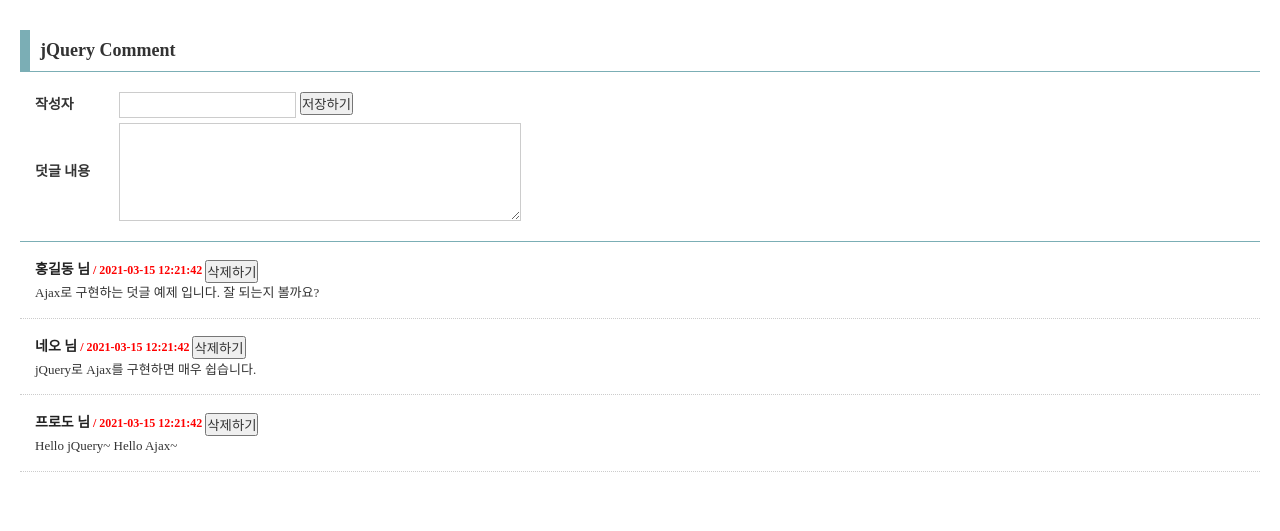
Repository: rwanda95do/bitcamp
Page: JQueryAjax/src/main/webapp/02_xml/exam05.html
An editor plug-in stored every save of this project. The page is shown before and after the next save, followed by the edit.
The browser window is 1280 px wide. The pictures show the whole page.

Above is the page before, as saved 2024-08-28 07:23:19.

### JQueryAjax/src/main/webapp/02_xml/exam05.html
<!DOCTYPE html>
<html>
<head>
<meta charset="UTF-8">
<title>Insert title here</title>
<style type="text/css">
* {
 padding: 0;
 margin: 0;
 color: #333;
}

ul {
   list-style: none;
}

#container {
   padding: 30px 20px;
}

h1 {
   font-size: large;
   border-left: 10px solid #7BAEB5;
   border-bottom: 1px solid #7BAEB5;
   padding: 10px;
   width: auto;
}

#comment_write {
   padding: 20px 15px;
   border-bottom: 1px solid #7BAEB5;
}

#comment_write label {
   display: inline-block;
   width: 80px;
   font-size: 14px;
   font-weight: bold;
   margin-bottom: 10px;
}

#comment_write input[type='text'], #comment_write textarea {
   border: 1px solid #ccc;
   vertical-align: middle;
   padding: 3px 10px;
   font-size: 12px;
   line-height: 150%;
}

#comment_write textarea {
   width: 380px;
   height: 90px
}

.comment_item {
   font-size: 13px;
   color: #333;
   padding: 15px;
   border-bottom: 1px dotted #ccc;
   line-height: 150%;
}

.comment_item .writer {
   color: #555;
   line-height: 200%;
}

.comment_item .writer input {
   vertical-align: middle;
}

.comment_item .writer .name {
   color: #222;
   font-weight: bold;
   font-size: 14px;
}

#idDiv, span {
	color: red;
	font-size: 9pt;
	font-weight: bold;
	padding: 10px 0 ;

}

</style>
</head>

<body>
	<div id="container">
		<h1>jQuery Comment</h1>
			<div id="comment_write">
				<form id="comment_form">
					<input type="hidden" name="num" value="">
					<input type="hidden" name="datetime" value="">
					<div>
						<label for="writer">작성자</label>
						<input type="text" name="writer" id="writer" />
						<input type="submit" value="저장하기" />
						<div id="writeDiv"></div>
					</div>

					<div>
						<label for="content">덧글 내용</label>
						<textarea name="content" id="content"></textarea>
						<div id="contentDiv"></div>
					</div>
				</form>
			</div>
		<!-- 동적 요소 -->
		<ul id="comment_list"></ul>
	</div>
</body>

<script type="text/javascript" src="http://code.jquery.com/jquery-3.7.1.min.js"></script>
<script type="text/javascript">
function addItem(num, writer, content, datetime) {
	// <li date-nem="" class="comment_item"></li>
	var new_li = $('<li/>');
	new_li.attr('date-num', num);
	new_li.addClass('comment_item')

	// <p class="writer"></p>
	var writer_p = $('<p/>');
	writer_p.addClass('writer');

	var name_span = $('<span/>');
	name_span.addClass('name')
	name_span.html(writer + '님')

	var date_span = $('<span/>');
	date_span.html(' / ' + datetime + ' ')

	var del_input = $('<input/>');
	del_input.attr({
		'type': 'button',
		'value': '삭제하기'
	});
	del_input.addClass('delete_btn');

	var content_p = $('<p/>');
	content_p.html(content);

	writer_p.append(name_span).append(date_span).append(del_input);
	new_li.append(writer_p).append(content_p);
	$('#comment_list').append(new_li);


}

function getToday() {
	var date = new Date();

	var yy = date.getFullYear();
	var mm = date.getMonth()+1;
	var dd = date.getDate();

	var hh = date.getHours();
	var mi = date.getMinutes();
	var ss = date.getSeconds();

	// 날짜 형식 통일
	if(mm<10){ mm = '0' + mm; }
	if(dd<10){ dd = '0' + dd; }
	if(hh<10){ hh = '0' + hh; }
	if(mi<10){ mi = '0' + mi; }
	if(ss<10){ ss = '0' + ss; }

	var today = yy + '-' + mm + '-' + dd + ' ' + hh + ':' + mi + ': ' +ss;

	return today;


}
</script>
<script type="text/javascript">
$(function() {
	let num = 3;

	// 목록
	// {}빈손으로와서 data들을 잔뜩 들고간다
	$.get('../comment/comment_list.xml', {}, function (data){

		$(data).find('item').each(function() {
			let num = $(this).find('num').text();
			let writer = $(this).find('writer').text();
			let content = $(this).find('content').text();
			let datetime = $(this).find('datetime').text();

			addItem(num, writer, content, datetime);
		});

	}).fail(function() {
		alert('실패다!!!!!!!!!!!!!!!!!!!!!!!!!!!!!!!!!!!!!!!!!!!!!!!!!!!!');
	});

	// 저장
	$('#comment_form').submit(function() {

		if(!$('#writer').val()){
			$('#writerDiv').text('작성자입력');
			$('#writer').focus();
			return false;
		}

		return false;
	});
	// 삭제
});




</script>
</html>




<!--
data-*
data- 로 시작하는 속성은 Custom Data Attributes 라고 html5에서 새롭게 추가된 속성이다.
말 그대로 사용자 정의 데이터 속성이다.
특별한 기능보다는 html5 element의 데이터를 의미 있게 표현할 수 있는 속성이다.
html5에서 추가된 태그로는 콘텐츠의 아주 디테일한 의미까지 정의하기 힘들므로
data- 속성으로 의미를 구체화 하시오.. 이런 의미로 보면 된다.
CSS 입장에서는 id와 class 외에 속성값으로 접근하는 수단이 늘어난 것이다.
jQuery에서도 .data()를 이용해 접근 가능하다.

예]
<li class="user" data-name="홍길동" data-city="Seoul" data-car="sm6">
    <strong>홍길동:</strong> <span>안녕하세요</span>
</li>

 CSS에서 사용
<style type="text/css">
    [data-name] { color: red; }
</style>

 jQuery에서 .data()를 이용해 접근
-데이터를 가져올 때,
    $(".user").data("name") -- 홍길동

* 데이터를 설정할 때,$(".user").data("name", "고길동");-->

After the next save:
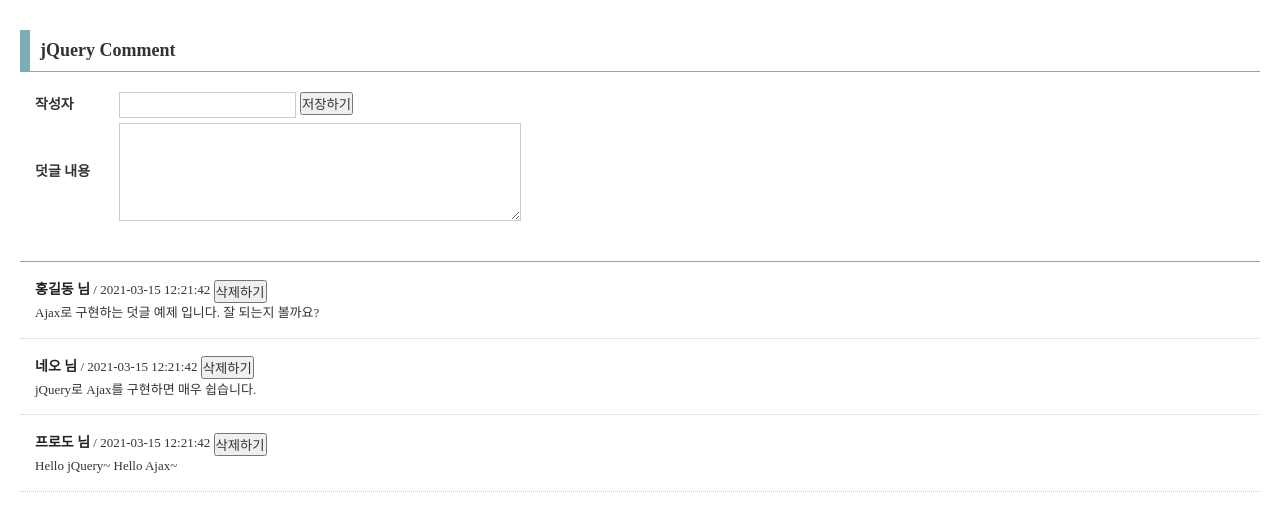
Saved 13 s later.
--- a/JQueryAjax/src/main/webapp/02_xml/exam05.html
+++ b/JQueryAjax/src/main/webapp/02_xml/exam05.html
@@ -75,7 +75,7 @@ h1 {
    font-size: 14px;
 }
 
-#idDiv, span {
+#writerDiv, #contentDiv {
 	color: red;
 	font-size: 9pt;
 	font-weight: bold;
